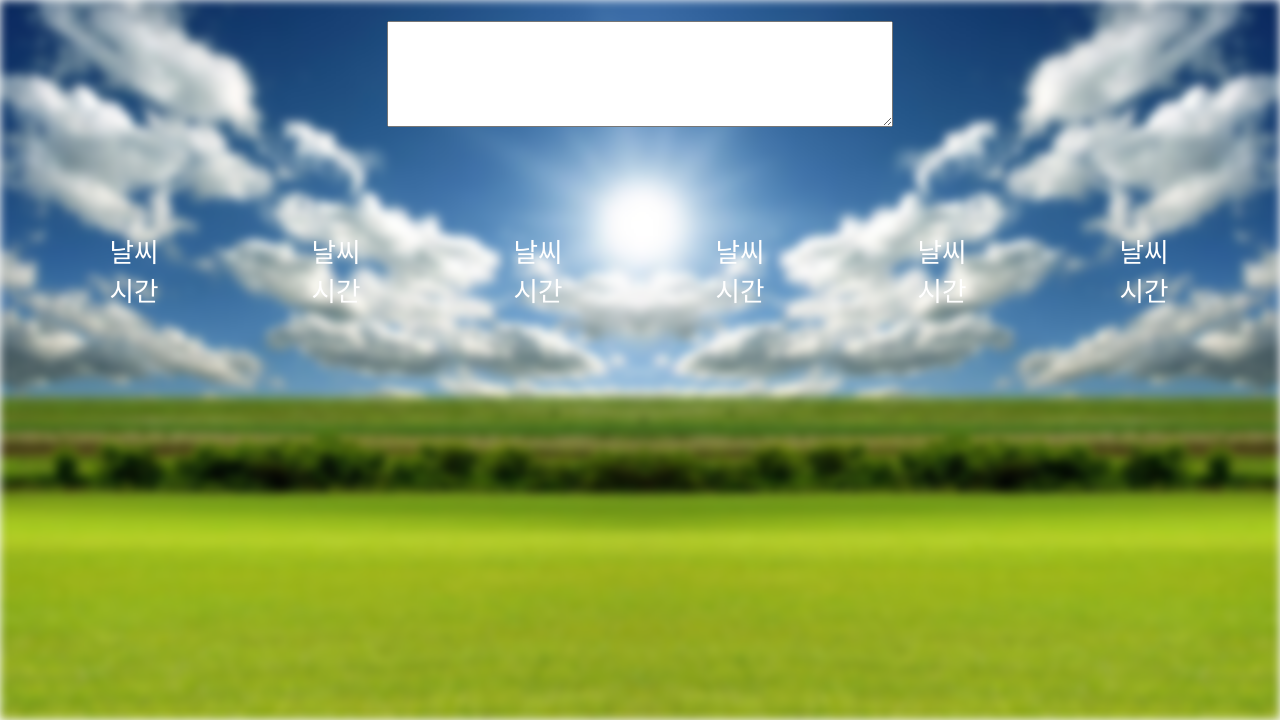
Repository: RyoTTa/4-1-Web-Programming
Page: SoloProject/Project/WebContent/index.html
The author's editor kept a copy of each file at every save. The page is drawn from the files as they stood at one save, then again after the next save.
The browser window is 1280 px wide. The pictures show the whole page.
The page's requests for data from a server got no answer.

Above is the page before, as saved 2020-05-05 14:56:18.

After the next save:
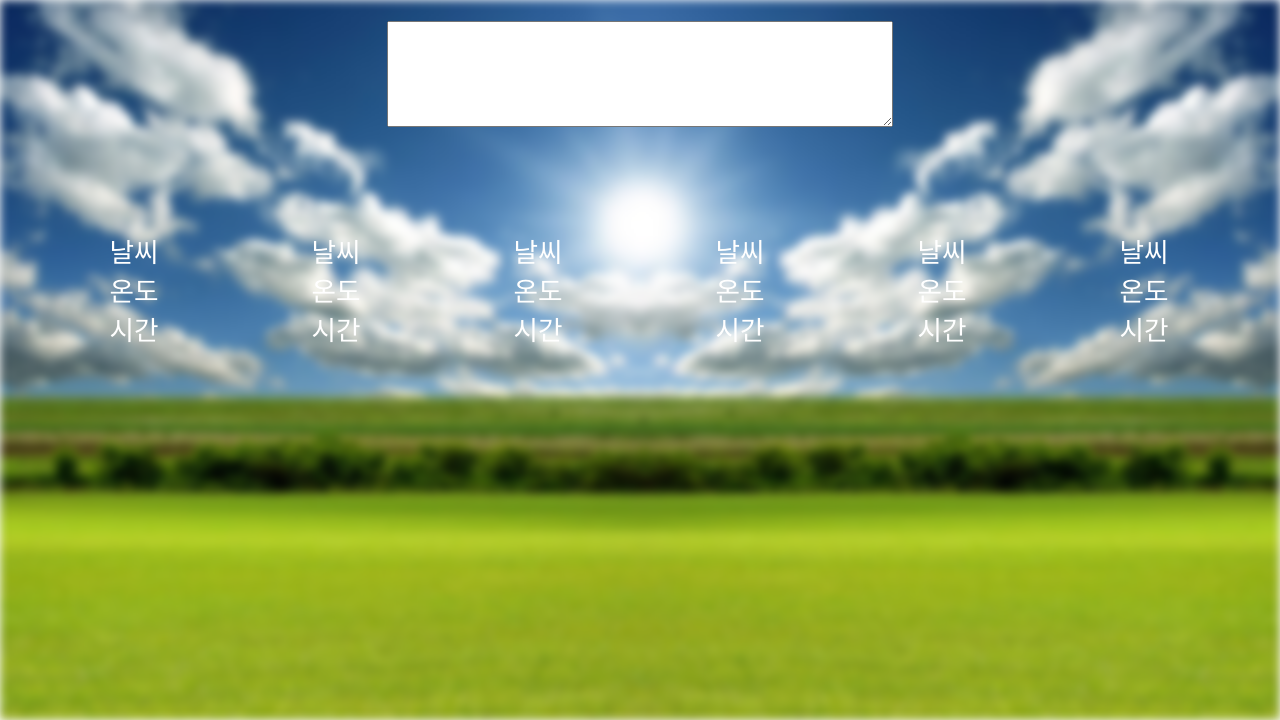
Saved 107 s later.
--- a/SoloProject/Project/WebContent/index.html
+++ b/SoloProject/Project/WebContent/index.html
@@ -19,28 +19,34 @@
 		<div class="forecast_layer_inner">
 			<div class="forecast_contents">
 				<div class="box">
-					<div>날씨</div>
-					<div>시간</div>
+					<div id="box1_weather">날씨</div>
+					<div id="box1_temp">온도</div>
+					<div id="box1_time">시간</div>
 				</div>
 				<div class="box">
-					<div>날씨</div>
-					<div>시간</div>
+					<div id="box2_weather">날씨</div>
+					<div id="box2_temp">온도</div>
+					<div id="box2_time">시간</div>
 				</div>
 				<div class="box">
-					<div>날씨</div>
-					<div>시간</div>
+					<div id="box3_weather">날씨</div>
+					<div id="box3_temp">온도</div>
+					<div id="box3_time">시간</div>
 				</div>
 				<div class="box">
-					<div>날씨</div>
-					<div>시간</div>
+					<div id="box4_weather">날씨</div>
+					<div id="box4_temp">온도</div>
+					<div id="box4_time">시간</div>
 				</div>
 				<div class="box">
-					<div>날씨</div>
-					<div>시간</div>
+					<div id="box5_weather">날씨</div>
+					<div id="box5_temp">온도</div>
+					<div id="box5_time">시간</div>
 				</div>
 				<div class="box">
-					<div>날씨</div>
-					<div>시간</div>
+					<div id="box6_weather">날씨</div>
+					<div id="box6_temp">온도</div>
+					<div id="box6_time">시간</div>
 				</div>
 			</div>
 		</div>
